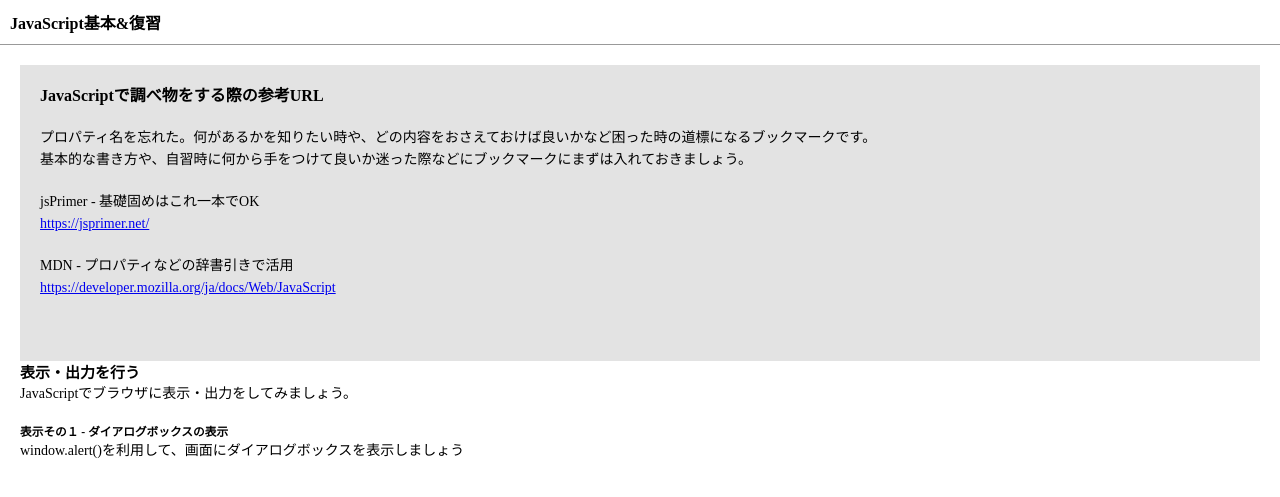
Repository: Yuto-Arakawa/study_js
Page: 01_basic/荒川/ara_basic01.html
An editor plug-in stored every save of this project. The page is shown before and after the next save, followed by the edit.
The browser window is 1280 px wide. The pictures show the whole page.

Above is the page before, as saved 2026-11-06 15:20:06.

### 01_basic/荒川/ara_basic01.html
<!DOCTYPE html>
<html lang="ja">
<head>
  <meta charset="utf-8">
  <meta name="viewport" content="width=device-width, initial-scale=1">
  <meta name="color-scheme" content="light">
  <meta name="format-detection" content="telephone=no">
  <meta name="description" content="ここに説明文を設定">
  <title>ara_basic01</title>

  <!-- 共有用 OGP / X(Twitter) -->
  <meta property="og:site_name" content="サイト名">
  <meta property="og:title" content="サイトタイトル">
  <meta property="og:description" content="サイト説明文">
  <meta property="og:type" content="website">
  <meta property="og:url" content="https://hoge.ecc.com/">
  <meta property="og:image" content="https://hoge.ecc.com/ogp.png">
  <meta name="twitter:card" content="summary_large_image">
  <meta name="twitter:site" content="@twitteraccount">

  <!-- 正規URL -->
  <link rel="canonical" href="URL">
	<!-- 多言語サイト用 -->
	<!-- <link rel="alternate" hreflang="ja" href="URL"> -->

  <!-- アイコン（SVG優先、ICOフォールバック、Apple Touch） -->
  <link rel="icon" type="image/svg+xml" href="favicon.svg">
  <link rel="alternate icon" href="favicon.ico">
  <link rel="apple-touch-icon" href="apple-touch-icon.png" sizes="180x180">

  <!-- テーマカラー（PWAでなくてもアドレスバー色に反映） -->
  <meta name="theme-color" content="#FFFFFF">

	<!-- スタイルの読み込み -->
    <link rel="stylesheet" href="css/ress.css">
    <link rel="stylesheet" href="css/basic01.css">

</head>
<body>
    <header>
        <h1>JavaScript基本&復習</h1>
    </header>
    <main>
        <div class="reference">
            <h2>JavaScriptで調べ物をする際の参考URL</h2>
                <p>
                    プロパティ名を忘れた。何があるかを知りたい時や、どの内容をおさえておけば良いかなど困った時の道標になるブックマークです。<br>
                    基本的な書き方や、自習時に何から手をつけて良いか迷った際などにブックマークにまずは入れておきましょう。
                </p>

                <p>
                    jsPrimer - 基礎固めはこれ一本でOK<br>
                    <a href="https://jsprimer.net/" target="_blank">https://jsprimer.net/</a>
                </p>
                <p>
                    MDN - プロパティなどの辞書引きで活用<br>
                    <a href="https://developer.mozilla.org/ja/docs/Web/JavaScript" target="_blank">https://developer.mozilla.org/ja/docs/Web/JavaScript</a>
                </p>
        </div>
            <h2>表示・出力を行う</h2>
                <p>JavaScriptでブラウザに表示・出力をしてみましょう。</p>
            <h3>表示その１ - ダイアログボックスの表示</h3>
                <p>window.alert()を利用して、画面にダイアログボックスを表示しましょう</p>
    </main>
</body>
</html>

### 01_basic/荒川/css/ress.css
/* resset.dev • v6.0.0 */

/* # =================================================================
   # Global selectors
   # ================================================================= */

html {
  box-sizing: border-box;
  -webkit-text-size-adjust: 100%; /* Prevent adjustments of font size after orientation changes in iOS */
  word-break: normal;
  -moz-tab-size: 4;
  tab-size: 4;
}

*,
::before,
::after {
  background-repeat: no-repeat; /* Set `background-repeat: no-repeat` to all elements and pseudo elements */
  box-sizing: inherit;
}

::before,
::after {
  text-decoration: inherit; /* Inherit text-decoration and vertical align to ::before and ::after pseudo elements */
  vertical-align: inherit;
}

* {
  padding: 0; /* Reset `padding` and `margin` of all elements */
  margin: 0;
}

/* # =================================================================
   # General elements
   # ================================================================= */

hr {
  overflow: visible; /* Show the overflow in Edge and IE */
  height: 0; /* Add the correct box sizing in Firefox */
  color: inherit; /* Correct border color in Firefox. */
}

details,
main {
  display: block; /* Render the `main` element consistently in IE. */
}

summary {
  display: list-item; /* Add the correct display in all browsers */
}

small {
  font-size: 80%; /* Set font-size to 80% in `small` elements */
}

[hidden] {
  display: none; /* Add the correct display in IE */
}

abbr[title] {
  border-bottom: none; /* Remove the bottom border in Chrome 57 */
  /* Add the correct text decoration in Chrome, Edge, IE, Opera, and Safari */
  text-decoration: underline;
  text-decoration: underline dotted;
}

a {
  background-color: transparent; /* Remove the gray background on active links in IE 10 */
}

a:active,
a:hover {
  outline-width: 0; /* Remove the outline when hovering in all browsers */
}

code,
kbd,
pre,
samp {
  font-family: monospace, monospace; /* Specify the font family of code elements */
}

pre {
  font-size: 1em; /* Correct the odd `em` font sizing in all browsers */
}

b,
strong {
  font-weight: bolder; /* Add the correct font weight in Chrome, Edge, and Safari */
}

/* https://gist.github.com/unruthless/413930 */
sub,
sup {
  font-size: 75%;
  line-height: 0;
  position: relative;
  vertical-align: baseline;
}

sub {
  bottom: -0.25em;
}

sup {
  top: -0.5em;
}

table {
  border-color: inherit; /* Correct border color in all Chrome, Edge, and Safari. */
  text-indent: 0; /* Remove text indentation in Chrome, Edge, and Safari */
}

iframe {
  border-style: none;
}

/* # =================================================================
   # Accessibility
   # ================================================================= */

/* Specify the progress cursor of updating elements */
[aria-busy='true'] {
  cursor: progress;
}

/* Specify the pointer cursor of trigger elements */
[aria-controls] {
  cursor: pointer;
}

/* # =================================================================
   # Forms
   # ================================================================= */

input {
  border-radius: 0;
}

[type='number']::-webkit-inner-spin-button,
[type='number']::-webkit-outer-spin-button {
  height: auto; /* Correct the cursor style of increment and decrement buttons in Chrome */
}

[type='search'] {
  -webkit-appearance: textfield; /* Correct the odd appearance in Chrome and Safari */
  outline-offset: -2px; /* Correct the outline style in Safari */
}

[type='search']::-webkit-search-decoration {
  -webkit-appearance: none; /* Remove the inner padding in Chrome and Safari on macOS */
}

textarea {
  overflow: auto; /* Internet Explorer 11+ */
  resize: vertical; /* Specify textarea resizability */
}

button,
input,
optgroup,
select,
textarea {
  font: inherit; /* Specify font inheritance of form elements */
}

optgroup {
  font-weight: bold; /* Restore the font weight unset by the previous rule */
}

button {
  overflow: visible; /* Address `overflow` set to `hidden` in IE 8/9/10/11 */
}

button,
select {
  text-transform: none; /* Firefox 40+, Internet Explorer 11- */
}

/* Apply cursor pointer to button elements */
button,
[type='button'],
[type='reset'],
[type='submit'],
[role='button'] {
  cursor: pointer;
}

/* Remove inner padding and border in Firefox 4+ */
button::-moz-focus-inner,
[type='button']::-moz-focus-inner,
[type='reset']::-moz-focus-inner,
[type='submit']::-moz-focus-inner {
  border-style: none;
  padding: 0;
}

/* Replace focus style removed in the border reset above */
button:-moz-focusring,
[type='button']::-moz-focus-inner,
[type='reset']::-moz-focus-inner,
[type='submit']::-moz-focus-inner {
  outline: 1px dotted ButtonText;
}

button,
html [type='button'], /* Prevent a WebKit bug where (2) destroys native `audio` and `video`controls in Android 4 */
[type='reset'],
[type='submit'] {
  -webkit-appearance: button; /* Correct the inability to style clickable types in iOS */
}

/* Remove the default button styling in all browsers */
button,
input,
select,
textarea {
  background-color: transparent;
  border-style: none;
}

a:focus,
button:focus,
input:focus,
select:focus,
textarea:focus {
  outline-width: 0;
}

/* Style select like a standard input */
select {
  -moz-appearance: none; /* Firefox 36+ */
  -webkit-appearance: none; /* Chrome 41+ */
}

select::-ms-expand {
  display: none; /* Internet Explorer 11+ */
}

select::-ms-value {
  color: currentColor; /* Internet Explorer 11+ */
}

legend {
  border: 0; /* Correct `color` not being inherited in IE 8/9/10/11 */
  color: inherit; /* Correct the color inheritance from `fieldset` elements in IE */
  display: table; /* Correct the text wrapping in Edge and IE */
  max-width: 100%; /* Correct the text wrapping in Edge and IE */
  white-space: normal; /* Correct the text wrapping in Edge and IE */
  max-width: 100%; /* Correct the text wrapping in Edge 18- and IE */
}

::-webkit-file-upload-button {
  /* Correct the inability to style clickable types in iOS and Safari */
  -webkit-appearance: button;
  color: inherit;
  font: inherit; /* Change font properties to `inherit` in Chrome and Safari */
}

/* Replace pointer cursor in disabled, not-editable, or otherwise inoperable elements */
[disabled],
[aria-disabled='true'] {
  cursor: default;
}

/* # =================================================================
   # Specify media element style
   # ================================================================= */

img {
  border-style: none; /* Remove border when inside `a` element in IE 8/9/10 */
}

/* Add the correct vertical alignment in Chrome, Firefox, and Opera */
progress {
  vertical-align: baseline;
}

### 01_basic/荒川/css/basic01.css
html{
    font-size: 62.5%;
}

header{
    padding: 1rem;
    border-bottom: solid 1px #999;
    font-size: 8px;
}

main{
    padding: 20px;
    p{
        font-size: 14px;
        margin-bottom: 20px;
    }
}

.reference{
    padding: 20px;
    height: 296px;
    background-color: #e3e3e3;
    line-height: 22px;
    h2{
        font-size: 16px;
        margin-bottom: 20px;
    }
}

After the next save:
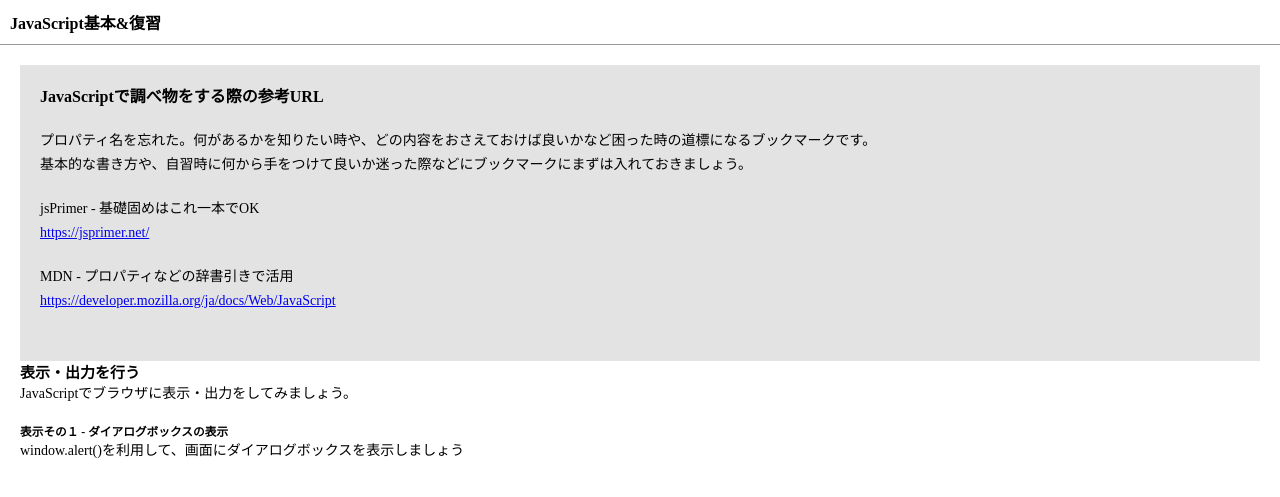
Saved 9 s later.
--- a/01_basic/荒川/css/basic01.css
+++ b/01_basic/荒川/css/basic01.css
@@ -20,7 +20,7 @@ main{
     padding: 20px;
     height: 296px;
     background-color: #e3e3e3;
-    line-height: 22px;
+    line-height: 24px;
     h2{
         font-size: 16px;
         margin-bottom: 20px;
